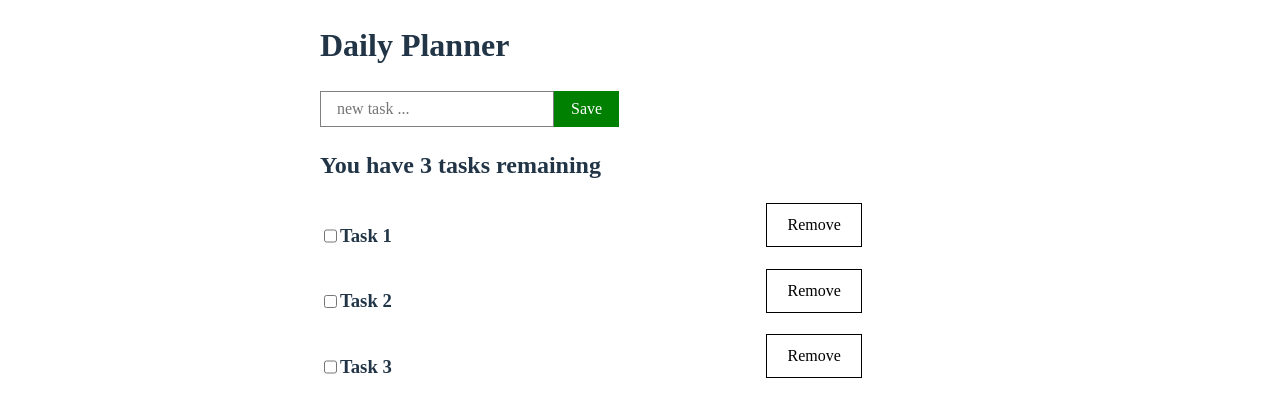
Repository: SamanthaYan298/my_planner
Page: /
These files come from the project's save history. The page is drawn as it stood at one moment and after the next save; the edit follows.
The browser window is 1280 px wide. The pictures show the whole page.
The project was rebuilt for these pictures with package versions that can differ from the ones it lists, and the page was loaded fresh each time. Also part of the build but not shown: vite.config.js.

Above is the page before, as saved 2024-10-07 18:03:53.

### src/App.jsx
import { useState } from 'react'
import './App.css'

function App() {

  const [tasks, setTasks] = useState("");
  const [addTask, setAddTask] = useState([])

  function handleChange(e) {
    setTasks(e.target.value);
  }

  function handleSubmit(e) {
    e.preventDefault();
  }

  return (
    <>
      <div className='main'>
        <h1>Daily Planner</h1>
        <form onSubmit={handleSubmit}>
          <input
            type="text"
            className='form-input'
            placeholder='new task ...'
            value={tasks}
            onChange={handleChange}
          />
          <button className='form-btn'>Save</button>
        </form>
        <h2>You have 3 tasks remaining</h2>
        <div>
          <div className='task-list'>
            <input
              type="checkbox"
              className='checked'
            />
            <h3>Task 1</h3>
            <button className='task-btn'>Remove</button>
          </div>

          <div className='task-list'>
            <input
              type="checkbox"
              className='checked'
            />
            <h3>Task 2</h3>
            <button className='task-btn'>Remove</button>
          </div>

          <div className='task-list'>
            <input
              type="checkbox"
              className='checked'
            />
            <h3>Task 3</h3>
            <button className='task-btn'>Remove</button>
          </div>
        </div>
      </div>
    </>
  )
}

export default App

### src/index.css
:root {
  font-family: Inter, system-ui, Avenir, Helvetica, Arial, sans-serif;
  line-height: 1.5;
  font-weight: 400;

  color-scheme: light dark;
  color: rgba(255, 255, 255, 0.87);
  background-color: #242424;

  font-synthesis: none;
  text-rendering: optimizeLegibility;
  -webkit-font-smoothing: antialiased;
  -moz-osx-font-smoothing: grayscale;
}

a {
  font-weight: 500;
  color: #646cff;
  text-decoration: inherit;
}
a:hover {
  color: #535bf2;
}

body {
  margin: 0;
  display: flex;
  flex-direction: column;
  align-items: flex-start;
  justify-content: flex-start;
  min-width: 320px;
  min-height: 100vh;
  padding-top: 0;
  text-align: left;
  left: 0;
}


/* h1 {
  font-size: 3.2em;
  line-height: 1.1;
} */

/* button {
  border-radius: 8px;
  border: 1px solid transparent;
  padding: 0.6em 1.2em;
  font-size: 1em;
  font-weight: 500;
  font-family: inherit;
  background-color: #1a1a1a;
  cursor: pointer;
  transition: border-color 0.25s;
}
button:hover {
  border-color: #646cff;
}
button:focus,
button:focus-visible {
  outline: 4px auto -webkit-focus-ring-color;
} */

@media (prefers-color-scheme: light) {
  :root {
    color: #213547;
    background-color: #ffffff;
  }
  a:hover {
    color: #747bff;
  }
  button {
    background-color: #f9f9f9;
  }
}

### src/App.css
#root {
  max-width: 100%;
  margin-left: 20em;
  padding: 0;
  top: 0;
  font-family: "Playfair Display", serif;
}

.main {
  text-align: left;
}

.task-list {
  display: flex;
  flex-direction: row;
}

.form-btn {
  background-color: green;
  border: 1px solid green;
  color: white;
  padding: 0.5em 1em;
  font-family: "Playfair Display", serif;
  font-size: 1em;
}

.task-btn {
  padding: 0.5em 1em;
  border: 1px solid;
  background-color: white;
  width: 6em;
  height: 2.75em;
  font-family: "Playfair Display", serif;
  font-size: 1em;
}

.form-input {
  padding: 0.5em 1em;
  border: 1px solid;
  height: 1.15em;
  font-family: "Playfair Display", serif;
  color: grey;
  font-size: 1em;
}

div h3 {
  padding-right: 20em;
}

.checked {
  color: #555;
  text-decoration: line-through;
}

Loaded but not shown: index.html (common file); src/main.jsx (common file)

After the next save:
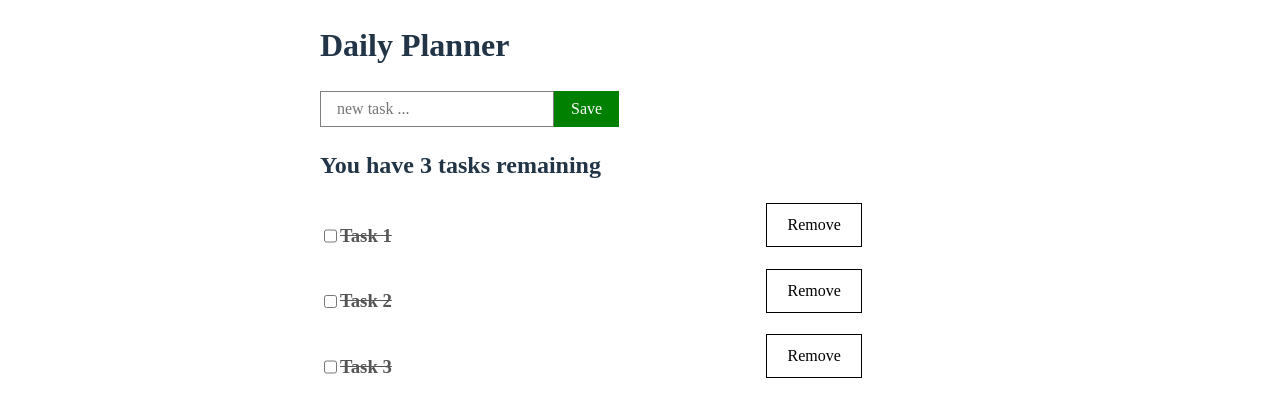
Saved 49 s later.
--- a/src/App.jsx
+++ b/src/App.jsx
@@ -31,29 +31,20 @@ function App() {
         <h2>You have 3 tasks remaining</h2>
         <div>
           <div className='task-list'>
-            <input
-              type="checkbox"
-              className='checked'
-            />
-            <h3>Task 1</h3>
+            <input type="checkbox" />
+            <h3 className='checked'>Task 1</h3>
             <button className='task-btn'>Remove</button>
           </div>
 
           <div className='task-list'>
-            <input
-              type="checkbox"
-              className='checked'
-            />
-            <h3>Task 2</h3>
+            <input type="checkbox" />
+            <h3 className='checked'>Task 2</h3>
             <button className='task-btn'>Remove</button>
           </div>
 
           <div className='task-list'>
-            <input
-              type="checkbox"
-              className='checked'
-            />
-            <h3>Task 3</h3>
+            <input type="checkbox" />
+            <h3 className='checked'>Task 3</h3>
             <button className='task-btn'>Remove</button>
           </div>
         </div>
